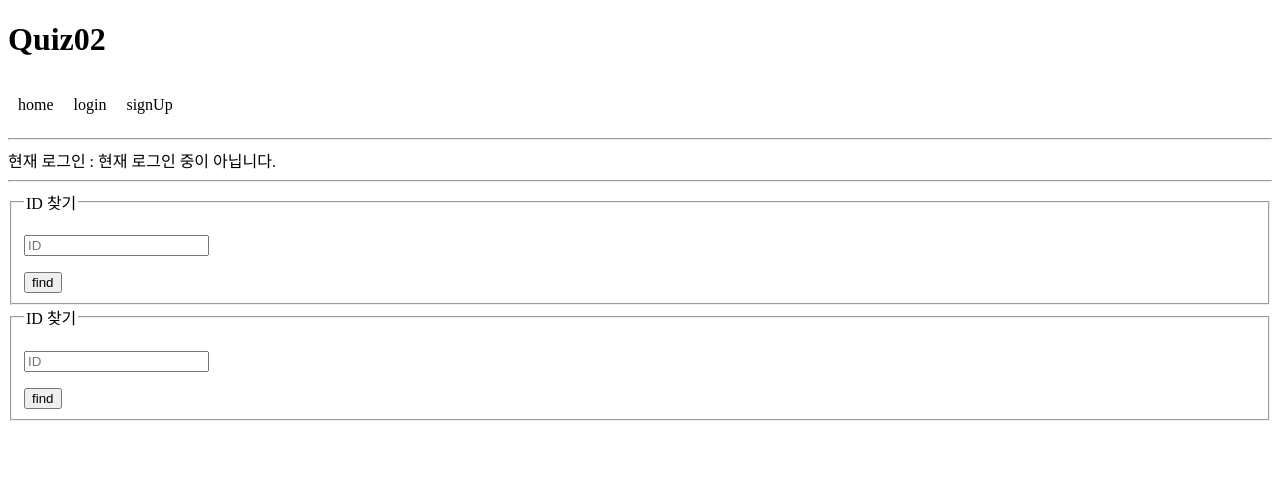
Repository: ChimmyWorld/JSP
Page: http://localhost/Day50/quiz2/find.jsp
These files come from the project's save history. The page is drawn as it stood at one moment and after the next save; the edit follows.
The browser window is 1280 px wide. The pictures show the whole page.
The page is served by Tomcat 9. Other server files are loaded and not shown.

Above is the page before, as saved 2023-09-21 02:31:49.

### Day50/WebContent/quiz2/find.jsp
<%@ page language="java" contentType="text/html; charset=UTF-8"
    pageEncoding="UTF-8"%>
<%@ include file="header.jsp" %>

	<article>
		<fieldset>
			<legend>ID 찾기</legend>

			<form action="loginPro.jsp" method="POST">
				<p><input name="email" type="email" placeholder="ID" required></p>

				<button>find</button>
			</form>
		</fieldset>

		<fieldset class="accFind">
			<legend>ID 찾기</legend>

			<form action="loginPro.jsp" method="POST">
				<p><input name="email" placeholder="ID" required></p>

				<button>find</button>
			</form>
		</fieldset>

	</article>
</body>
</html>

### Day50/WebContent/quiz2/header.jsp
<%@page import="model.AccountDAO"%>
<%@page import="beans.AccountVO"%>
<%@ page language="java" contentType="text/html; charset=UTF-8"
    pageEncoding="UTF-8"%>
<!DOCTYPE html>
<html>
<head>
<meta charset="UTF-8">
<title>header.jsp</title>

<link rel="stylesheet" href="../css/style.css">
<script src="../js/message.js"></script>
</head>
<body>
	<%
		AccountDAO dao = new AccountDAO();
		AccountVO user = (AccountVO)session.getAttribute("user");

		String login = "logout";
		String myPage = "myPage";

		if (user == null) {
			user = new AccountVO();
			user.setNick("현재 로그인 중이 아닙니다.");

			login = "login";
			myPage = "";
		}
	%>

	<h1><a href="home.jsp">Quiz02</a></h1>

	<nav>
		<ul class="menu">
			<li><a href="home.jsp">home</a></li>
			<li><a href="<%=login %>.jsp"><%=login %></a></li>
			<li><a href="signUp.jsp">signUp</a>
			<li><a href="<%=myPage %>.jsp"><%=myPage %></a>
		</ul>
	</nav>

	<hr>
	<div>현재 로그인 : <%=user.getNick() %></div>
	<hr>

</body>
</html>

### Day50/src/model/DAO.java
package model;

import java.sql.Connection;
import java.sql.PreparedStatement;
import java.sql.ResultSet;
import java.sql.SQLException;
import java.sql.Statement;

import javax.naming.Context;
import javax.naming.InitialContext;
import javax.naming.NamingException;
import javax.sql.DataSource;

public class DAO {
	protected Context ct;
	protected DataSource ds;

	protected Connection conn;
	protected Statement stmt;
	protected PreparedStatement pstmt;
	protected ResultSet rs;

	public DAO() {
		try {
			ct = new InitialContext();
			ds = (DataSource) ct.lookup("java:comp/env/jdbc/oracle");



		} catch (NamingException e) {
			System.err.println("생성자 예외" + e.getMessage());
		} finally {
			close();
		}

	}

	protected void close() {
		try {
			if (rs != null) rs.close();
			if (pstmt != null) pstmt.close();
			if (stmt != null) stmt.close();
			if (conn != null) conn.close();

		} catch (Exception e) {}
	}

	public String test() {
		String sql = "select banner from v$version";
		try {
			conn = ds.getConnection();
			stmt = conn.createStatement();
			rs = stmt.executeQuery(sql);

			rs.next();

			return rs.getString("banner");

		} catch (SQLException e) {
			System.err.println("test 예외 :" + e.getMessage());
		} finally {
			close();
		}

		return null;
	}
}

### Day50/src/model/AccountDAO.java
package model;

import java.sql.ResultSet;
import java.sql.SQLException;
import java.util.ArrayList;
import java.util.List;

import beans.AccountVO;

public class AccountDAO extends DAO{

	private AccountVO mapper(ResultSet rs) throws SQLException{
		AccountVO row = new AccountVO();

		row.setEmail(rs.getString("email"));
		row.setIdx(rs.getInt("idx"));
		row.setJoin_date(rs.getDate("join_date"));
		row.setNick(rs.getString("nick"));
		row.setUserid(rs.getString("userid"));
		row.setUserpw(rs.getString("userpw"));

		return row;
	}

	public List<AccountVO> selectAll(){
		String sql = "select * from account";

		try {
			conn = ds.getConnection();
			stmt = conn.createStatement();
			rs = stmt.executeQuery(sql);

			List<AccountVO> list = new ArrayList<>();

			while (rs.next()) {
				AccountVO row = mapper(rs);
				list.add(row);
			}

			return list;
		} catch(SQLException e) {
			System.err.println("selectAll 예외" + e.getMessage());
		} finally {
			close();
		}
		return null;
	}

	public AccountVO selectOne(AccountVO input) {
		String sql = "select * "
				+ "from account where "
				+ "userid = ? "
				+ "and userpw = ?";

		try {
			conn = ds.getConnection();
			pstmt = conn.prepareStatement(sql);

			pstmt.setString(1, input.getUserid());
			pstmt.setString(2, input.getUserpw());

			rs = pstmt.executeQuery();
			rs.next();

			AccountVO row = mapper(rs);

			return row;
		} catch (SQLException e) {
			System.err.println("selectOne 예외 " + e.getMessage());
		} finally {
			close();
		}
		return null;
	}

	public int insert(AccountVO user) {

		String sql = "insert into account "
				+ "account(userid, userpw, nick, email) "
				+ "values(?, ?, ?, ?)";

		try {
			conn = ds.getConnection();
			pstmt = conn.prepareStatement(sql);

			pstmt.setString(1, user.getUserid());
			pstmt.setString(2, user.getUserpw());
			pstmt.setString(3, user.getNick());
			pstmt.setString(4, user.getEmail());

			return pstmt.executeUpdate();

		} catch (SQLException e) {
			System.out.println("insert 예외" + e.getMessage());
		} finally {
			close();
		}

		return 0;
	}

	public int delete(int idx) {
		String sql = "delete from account where idx = ?";

		try {
			conn = ds.getConnection();
			pstmt = conn.prepareStatement(sql);
			pstmt.setInt(1, idx);

			return pstmt.executeUpdate();

		} catch(SQLException e) {
			System.out.println("delete 예외 " +  e.getMessage());
		} finally {
			close();
		}
		return 0;
	}

	public int update(AccountVO user) {
		String sql = "update account "
				+ "set userpw = ?, email = ? "
				+ "where idx = ?";

		try {
			conn = ds.getConnection();
			pstmt = conn.prepareStatement(sql);

			pstmt.setString(1, user.getUserid());
			pstmt.setString(2, user.getEmail());
			pstmt.setInt(3, user.getIdx());

		} catch(SQLException e ) {
			System.err.println("update 예외" +  e.getMessage());
		} finally {
			close();
		}

		return 0;
	}
}

### Day50/src/beans/AccountVO.java
package beans;
/*
 IDX       NOT NULL NUMBER
USERID    NOT NULL VARCHAR2(20)
USERPW    NOT NULL VARCHAR2(20)
NICK      NOT NULL VARCHAR2(100)
EMAIL     NOT NULL VARCHAR2(100)
JOIN_DATE          DATE
 */

import java.sql.Date;

public class AccountVO {
	private int idx;
	private String userid;
	private String userpw;
	private String nick;
	private String Email;
	private Date join_date;
	public int getIdx() {
		return idx;
	}
	public void setIdx(int idx) {
		this.idx = idx;
	}
	public String getUserid() {
		return userid;
	}
	public void setUserid(String userid) {
		this.userid = userid;
	}
	public String getUserpw() {
		return userpw;
	}
	public void setUserpw(String userpw) {
		this.userpw = userpw;
	}
	public String getNick() {
		return nick;
	}
	public void setNick(String nick) {
		this.nick = nick;
	}
	public String getEmail() {
		return Email;
	}
	public void setEmail(String email) {
		Email = email;
	}
	public Date getJoin_date() {
		return join_date;
	}
	public void setJoin_date(Date join_date) {
		this.join_date = join_date;
	}





}

### Day50/WebContent/css/style.css
@charset "UTF-8";
a{
	color: inherit;
	text-decoration: none;
}
a:hover{
	text-decoration: underline;
}
nav {
	display: flex;
	justify-content: space-between;
}
.menu {
	list-style: none;
	padding: 0;
	display: flex;
}
.menu > li {
	margin: 0 10px;
}
.accounts{
	border-collapse: collapse;
}
.accounts th, .accounts td {
	border: 1px solid #a0a0a0;
	padding: 5px 10px;
}

### Day50/WebContent/js/message.js
function message(msg, row) {
	if (row != 0) {
	alert(msg);
	location.href= 'home.jsp';
	}
	else {
		alert(msg);
			history.back();
		}
}

After the next save:
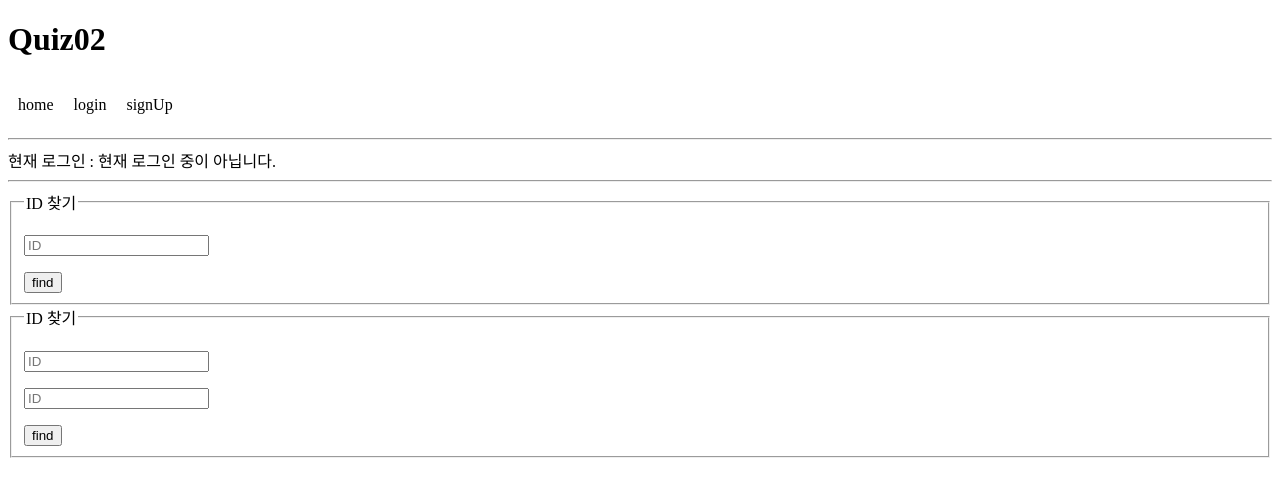
Saved 30 s later.
--- a/Day50/WebContent/quiz2/find.jsp
+++ b/Day50/WebContent/quiz2/find.jsp
@@ -17,8 +17,8 @@
 			<legend>ID 찾기</legend>
 
 			<form action="loginPro.jsp" method="POST">
-				<p><input name="email" placeholder="ID" required></p>
-
+				<p><input name="userid" placeholder="ID" required></p>
+				<p><input name="email" type="email"placeholder="ID" required></p>
 				<button>find</button>
 			</form>
 		</fieldset>
